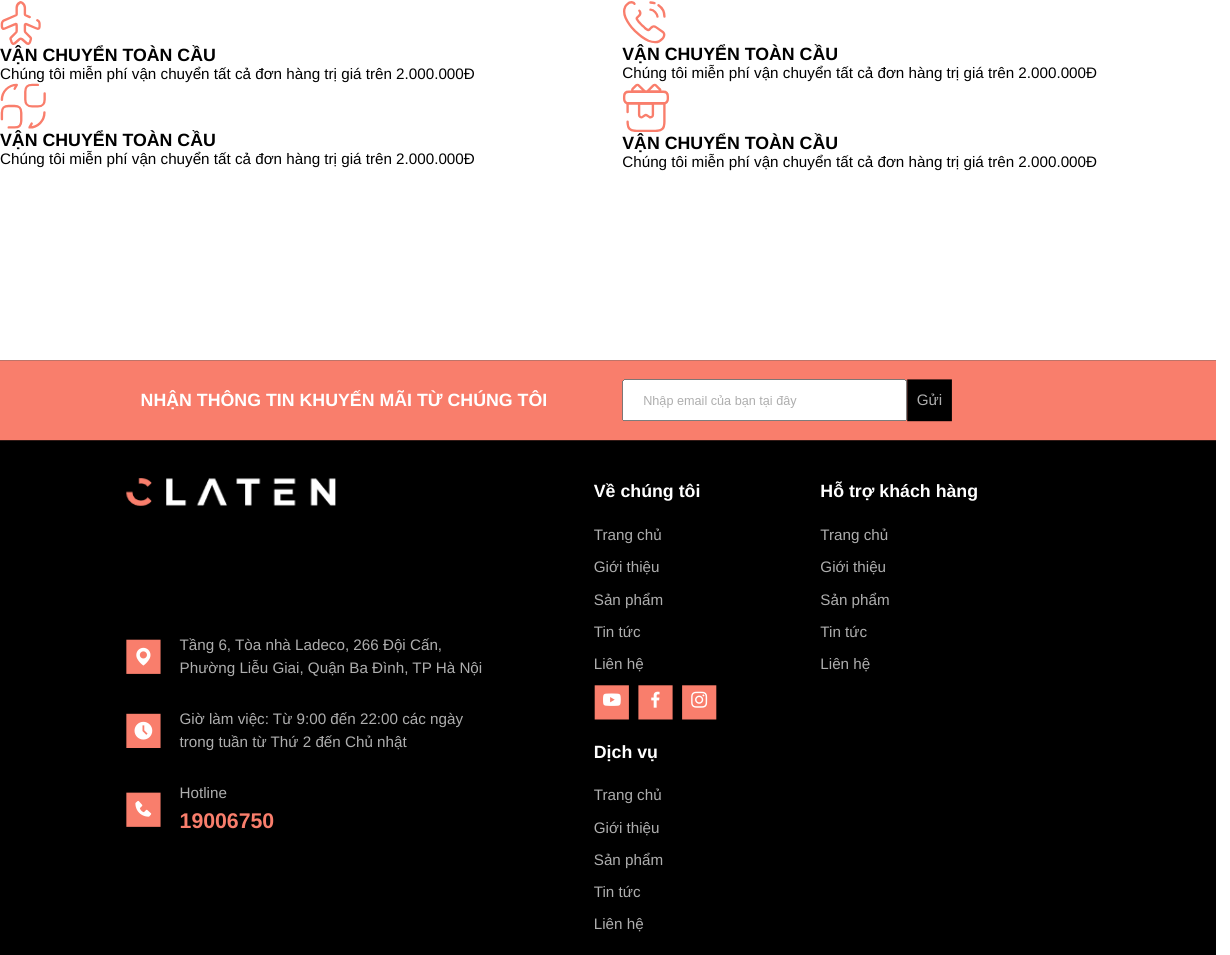
Repository: RennoPMXK/doan
Page: index.html
An editor plug-in stored every save of this project. The page is shown before and after the next save, followed by the edit.
The browser window is 1280 px wide. The page is 1295 px wide, so the pictures cover 1295 px, including what lies to the right of the window. The pictures show the part of the page from y = 573 to 1578 px (the page is 1578 px tall), at 95% of full size.

Above is the page before, as saved 2021-11-16 19:51:13.

### index.html
<!DOCTYPE html>
<html lang="en">
<head>
    <meta charset="UTF-8">
    <meta http-equiv="X-UA-Compatible" content="IE=edge">
    <meta name="viewport" content="width=device-width, initial-scale=1.0">
    <title>Document</title>
    <link rel="stylesheet" href="./grid.css">
    <link rel="stylesheet" href="./style.css">
    <link rel="stylesheet" href="./responsible.css">
    <link href='https://unpkg.com/boxicons@2.0.9/css/boxicons.min.css' rel='stylesheet'>
</head>
<body>
    <div class="navbar">
        <div class="navbar-wrapper">
            <a class="logo">
                <img src="./img/logo.png" alt="">
            </a>

            <div class="navbar-menu mobile-menu">
                <i class='bx bx-x mobile-close-icon'></i>
                <li class="navbar-menu-item"><a class = 'active' href="#">Trang chủ</a></li>
                <li class="navbar-menu-item"><a href="#">Giới thiệu</a></li>
                <li class="navbar-menu-item"><a href="#">Sản phẩm <i class='bx bxs-down-arrow navbar-menu-icon'></i></a>
                    <ul class="navbar-sub-menu">
                        <li class="navbar-sub-menu-item"><a href="">Đồng hồ nam</a></li>
                        <li class="navbar-sub-menu-item"><a href="">Đồng hồ nữ</a></li>
                        <li class="navbar-sub-menu-item"><a href="">Đồng hồ mới về</a></li>
                        <li class="navbar-sub-menu-item"><a href="">Phụ kiện nam</a></li>
                        <li class="navbar-sub-menu-item"><a href="">Phụ kiện nữ</a></li>
                    </ul>
                </li>
                <li class="navbar-menu-item"><a href="#">Tin tức</a></li>
                <li class="navbar-menu-item"><a href="#">Liên hệ</a></li>
            </div>

            <div class="navbar-icon">
                 <li class="navbar-icon-item"><a href=""><i class='bx bx-search-alt'></i></a></li>
                 <li class="navbar-icon-item"><a href=""><i class='bx bx-user'></i></a></li>
                 <li class="navbar-icon-item"><a href="#"><i class='bx bx-shopping-bag bx-tada ' ></i></a></li>
                 <li class="navbar-icon-item"><a href="#"><i class='bx bx-menu-alt-right menu-icon'></i></a></li>

            </div>
        </div>
        <div class="modal"></div>
    </div>

    <section class="hero-section">

             <div class="bgimg slide-item fade" style="background-image: url(./img/1a\(32\).jpg)">
                 <div class="caption">
                     <h2 class="top-down delay-2">
                        ĐỒNG HỒ ROLEX

                     </h2>

                     <p class="top-down delay-4">
                       Lorem ipsum dolor sit amet consectetur adipisicing elit. Aut eligendi voluptates enim tempora cupiditate ex minus aperiam impedit maxime nam. Sunt neque amet veniam vitae adipisci impedit aliquam officia hic.
                     </p>

                     <button class="top-down delay-6">
                         MUA NGAY
                     </button>
                 </div>

             </div>


             <div class="bgimg slide-item fade" style="background-image: url(./img/dong-ho-thoi-trang-rolex-banner.jpg)">
                <div class="caption">
                    <h2>
                        ĐỒNG HỒ ROLEX
                    </h2>

                    <p>
                        Lorem ipsum dolor sit amet consectetur adipisicing elit. Aut eligendi voluptates enim tempora cupiditate ex minus aperiam impedit maxime nam. Sunt neque amet veniam vitae adipisci impedit aliquam officia hic.
                    </p>

                    <button>
                        MUA NGAY
                    </button>
                </div>

             </div>


             <div class="bgimg slide-item fade" style="background-image: url(./img/Banchay_Longines_banner-1024x427.jpg)">
                <div class="caption">
                    <h2>
                        ĐỒNG HỒ ROLEX
                    </h2>

                    <p>
                        Lorem ipsum dolor sit amet consectetur adipisicing elit. Aut eligendi voluptates enim tempora cupiditate ex minus aperiam impedit maxime nam. Sunt neque amet veniam vitae adipisci impedit aliquam officia hic.
                    </p>

                    <button>
                        MUA NGAY
                    </button>
                </div>

             </div>


             <div class="slide-control">
                <div class="slide-control-wrapper">
                    <span class="dot" onclick="chooseSlide(0)"></span>
                    <span class="dot"  onclick="chooseSlide(1)"></span>
                    <span class="dot" onclick="chooseSlide(2)" ></span>

                </div>
             </div>

    </section>

    <section class="hero-section-mini row">
         <div class="hero-section-mini-item col-3 col-md-6 col-sm-6">
             <img src="./img/icon_service_1.svg" alt="">
              <h3>VẬN CHUYỂN TOÀN CẦU</h3>
              <p>Chúng tôi miễn phí vận chuyển tất cả đơn hàng trị giá trên 2.000.000Đ</p>
         </div>

         <div class="hero-section-mini-item col-3 col-md-6 col-sm-6">
            <img src="./img/icon_service_2.svg" alt="">
             <h3>VẬN CHUYỂN TOÀN CẦU</h3>
             <p>Chúng tôi miễn phí vận chuyển tất cả đơn hàng trị giá trên 2.000.000Đ</p>
        </div>

        <div class="hero-section-mini-item col-3 col-md-6 col-sm-6">
            <img src="./img/icon_service_3.svg" alt="">
             <h3>VẬN CHUYỂN TOÀN CẦU</h3>
             <p>Chúng tôi miễn phí vận chuyển tất cả đơn hàng trị giá trên 2.000.000Đ</p>
        </div>

        <div class="hero-section-mini-item col-3 col-md-6 col-sm-6">
            <img src="./img/icon_service_4.svg" alt="">
             <h3>VẬN CHUYỂN TOÀN CẦU</h3>
             <p>Chúng tôi miễn phí vận chuyển tất cả đơn hàng trị giá trên 2.000.000Đ</p>
        </div>
    </section>

    <div class="footer">
        <div class="footer-contact">
            <div class="container">
                <div class= "footer-contact-content row">
                    <h3 class="col-6 col-md-6 col-sm-12">NHẬN THÔNG TIN KHUYẾN MÃI TỪ CHÚNG TÔI</h3>
                    <div class="form col-6 col-md-6 col-sm-12">
                        <input type="text" placeholder="Nhập email của bạn tại đây"><a href="">Gửi</a></input>

                    </div>

                </div>

            </div>

         </div>
        <div class="container">

            <div class="wrapper row ">
                <div class="footer-logo row col-5 col-md-6 col-sm-12">
                    <a class="footer-img">
                        <img src="./img/logo.png" alt="">
                    </a>

                    <ul class="footer-des">
                           <li class="footes-des-item">
                               <div class="footer-des-icon">
                                    <i class='bx bxs-map'></i>
                               </div>
                               <p>Tầng 6, Tòa nhà Ladeco, 266 Đội Cấn,<br> Phường Liễu Giai, Quận Ba Đình, TP Hà Nội</p>
                           </li>
                           <li class="footes-des-item">
                                <div class="footer-des-icon">
                                    <i class='bx bxs-time-five' ></i>
                                </div>
                               <p>Giờ làm việc: Từ 9:00 đến 22:00 các ngày <br>trong tuần từ Thứ 2 đến Chủ nhật</p>
                           </li>
                           <li class="footes-des-item">
                            <div class="footer-des-icon">
                                <i class='bx bxs-phone' ></i>
                             </div>
                               <p>Hotline<br>
                                   <span>19006750</span>
                               </p>
                           </li>
                    </ul>
                </div>

                <div class="footer-menu row col-7 col-md-6 col-sm-12">
                     <div class="footer-menu-item col-4 col-md-6 col-sm-12">
                         <h3>Về chúng tôi</h3>
                         <ul>
                            <li><a href="">Trang chủ</a></li>
                            <li><a href="">Giới thiệu</a></li>
                            <li><a href="">Sản phẩm</a></li>
                            <li><a href="">Tin tức</a></li>
                            <li><a href="">Liên hệ</a></li>
                         </ul>

                         <div class="footer-social">
                            <li><a href=""><i class='bx bxl-youtube' ></i></a></li>
                            <li><a href=""><i class='bx bxl-facebook' ></i></a></li>
                            <li><a href=""><i class='bx bxl-instagram' ></i></a></li>
                       </div>
                     </div>

                     <div class="footer-menu-item col-4 col-md-6 col-sm-12">
                        <h3>Hỗ trợ khách hàng</h3>
                        <ul>
                           <li><a href="">Trang chủ</a></li>
                           <li><a href="">Giới thiệu</a></li>
                           <li><a href="">Sản phẩm</a></li>
                           <li><a href="">Tin tức</a></li>
                           <li><a href="">Liên hệ</a></li>
                        </ul>
                    </div>

                    <div class="footer-menu-item col-4 col-md-6 col-sm-12">
                        <h3>Dịch vụ</h3>
                        <ul>
                           <li><a href="">Trang chủ</a></li>
                           <li><a href="">Giới thiệu</a></li>
                           <li><a href="">Sản phẩm</a></li>
                           <li><a href="">Tin tức</a></li>
                           <li><a href="">Liên hệ</a></li>
                        </ul>
                    </div>



                </div>


            </div>
        </div>
    </div>


    <script src="./app.js"></script>
</body>
</html>

### grid.css
.row {
    display: flex;
    flex-wrap: wrap;
    margin: 0 -15px;
}

[class*="col-"] {
    padding: 0 15px;
}

.col-1 {
    width: 8.33%;
}

.col-2 {
    width: 16.66%;
}

.col-3 {
    width: 25%;
}

.col-4 {
    width: 33.33%;
}

.col-5 {
    width: 41.66%;
}

.col-6 {
    width: 50%;
}

.col-7 {
    width: 58.33%;
}

.col-8 {
    width: 66.66%;
}

.col-9 {
    width: 75%;
}

.col-10 {
    width: 83.33%;
}

.col-11 {
    width: 91.66%;
}

.col-12 {
    width: 100%;
}

/* MEDIUM SCREEN */

@media only screen and (max-width: 1280px) {
    .col-md-1 {
        width: 8.33%;
    }

    .col-md-2 {
        width: 16.66%;
    }

    .col-md-3 {
        width: 25%;
    }

    .col-md-4 {
        width: 33.33%;
    }

    .col-md-5 {
        width: 41.66%;
    }

    .col-md-6 {
        width: 50%;
    }

    .col-md-7 {
        width: 58.33%;
    }

    .col-md-8 {
        width: 66.66%;
    }

    .col-md-9 {
        width: 75%;
    }

    .col-md-10 {
        width: 83.33%;
    }

    .col-md-11 {
        width: 91.66%;
    }

    .col-md-12 {
        width: 100%;
    }
}

/* SMALL SCREEN */

@media only screen and (max-width: 850px) {
    .col-sm-1 {
        width: 8.33%;
    }

    .col-sm-2 {
        width: 16.66%;
    }

    .col-sm-3 {
        width: 25%;
    }

    .col-sm-4 {
        width: 33.33%;
    }

    .col-sm-5 {
        width: 41.66%;
    }

    .col-sm-6 {
        width: 50%;
    }

    .col-sm-7 {
        width: 58.33%;
    }

    .col-sm-8 {
        width: 66.66%;
    }

    .col-sm-9 {
        width: 75%;
    }

    .col-sm-10 {
        width: 83.33%;
    }

    .col-sm-11 {
        width: 91.66%;
    }

    .col-sm-12 {
        width: 100%;
    }
}

### style.css
:root {
    --orangeprime : #F97E6C;
    --blackrgba : rgba(0, 0, 0, 0.945);
    --footer-color : #AEAEAE;
}

html {
box-sizing: border-box;
}
*{
margin: 0;
padding: 0;
}
*,*:before,*:after {
box-sizing: border-box;
}
input,
textarea,
select,
button{
outline: none;
}
input{
line-height: normal;
}
label,
button{
cursor: pointer;
}
a {
text-decoration: none;

}
img {
display: block;

}

ul{
    list-style-type: none;
}

body {
    font-family: Montserrat,"Helvetica Neue",Helvetica;
}

span {
    color: var(--orangeprime);
    cursor: pointer;
    transition : all 0.3s linear;
    font-size: 1.4rem;
    font-weight: bold;
}

span:hover {
    color : white
}

li {
    list-style-type: none;
}

.container {
    margin : 0 auto;
    padding: 0 10%;
}
/* navbar */

.navbar {
    background-color: black;
    position: relative;

}

.navbar-wrapper {
   padding : 20px 0px;
   display: flex;
   align-items: center;
   justify-content: space-evenly;
}

.navbar-menu {
    display: flex;
    list-style-type: none;
}

.navbar-menu-icon {
    font-size: 0.5rem;
    transform: translateY(-2.5px);
    transition : 0.2s linear;
}

.navbar-menu-icon{
    transition: 0.2s ease-in-out;
}

.navbar-menu-icon.active {
    transform: rotate(-180deg);
}

.navbar-menu-item {
    position: relative;
}

.navbar-menu-item a.active {
    color: var(--orangeprime);
}

.navbar-menu-item ~ .navbar-menu-item {
    margin-left: 30px;
}

.navbar-menu-item a {
    color: white;
    font-size: 1rem;
    transition: 0.2s ease-in-out;
    letter-spacing: 1px;
}


.navbar-menu-item a:hover {
    color : var(--orangeprime);
}

.navbar-menu-item:nth-child(3) {
    position: relative;
}



.navbar-sub-menu{
    width: 150px;
    position: absolute;
    list-style-type: none;
    padding : 20px;
    background-color: var(--blackrgba);
    top: 30px;
    z-index: 100;
    display : none;
    transition: all 0.2s ease-in-out;
}


.navbar-menu-item:active .navbar-sub-menu {
    display : block;
    top: 30px;
}




.navbar-sub-menu-item {
   margin : 10px 0;
}

.navbar-sub-menu.active {
    display : block;
}

.navbar-sub-menu-item a {
    font-size: 0.8rem;
    letter-spacing: 1.2px;
}

.navbar-icon {
    display: flex;
    list-style-type: none;
}

.navbar-icon-item ~ .navbar-icon-item {
    margin-left: 25px;
}

.navbar-icon-item a {
    color : white;
    font-size: 1.5rem;
    transition: 0.2s ease-in-out;
}

.navbar-icon-item a:hover {
    color : var(--orangeprime);
}

.navbar-icon-item:last-child {
    display: none;
}

.mobile-close-icon {
    display: none;
}

/* section-hero */

.hero-section {
    position: relative;
    height: 70vh;
}


.bgimg {
    height: 100%;
    position: relative;
    background-position: center;
    background-repeat: no-repeat;
    background-size: cover;
    display: flex;
}

.bgimg::after {
    content : '\A';
    position : absolute;
    width: 100%;
    height : 100%;
    top: 0;
    left : 0;
    background-color: rgba(0, 0, 0, 0.8);
}

.caption {
    position: absolute;
    top: 48%;
    left: 25%;
    transform: translate(-50% , -50%) ;
    text-align: left;
    z-index: 10;
    width: 34.7%;
}

.caption h2 {
    line-height: 1.5;
    color: white;
    margin-bottom: 20px;
    text-transform: uppercase;
    font-size: 2.1rem;
    letter-spacing: 1.2px;
}

.caption p {
    text-align: left;
    color : white;
    font-size: 1.2rem;
    letter-spacing: 1.2px;
    line-height: 1.5;
}

.caption button {
    background-color: white;
    border: 1px solid  transparent;
    color : red;
    padding : 10px 40px;
    font-size: 16px;
    font-weight: bold;
    text-transform: uppercase;
    margin-top: 30px;
    transition : background-color 0.5s ease , color 0.5s ease , width 0.6s;
}

.caption button:hover {
    color : white;
    cursor: pointer;
    background-color:  red;
}

.caption button:focus {
    outline : none;
}

.dot {
    cursor: pointer;
    height: 10px;
    width: 10px;
    margin: 0 2px;
    background-color: white;
    border-radius: 5px;
    display: inline-block;
}

.dot:hover {
    background-color: red;
}

.dot.active {
    background-color: red;
    width: 30px;
}

.slide-control {
    position: absolute;
    left: 50%;
    transform : translateX(-50%);
    bottom: 20px;
    width: 10px;
    text-align: center;
}

.slide-control-wrapper{
    display: inline-flex;
}

.slide-item {
    display: none;
}


.top-down {
    transform: translateY(-50px);
    visibility: hidden;
    opacity: 0;
    transition: 0.5s ease-in-out ;
}

.delay-2 {
    transition-delay: 0.2s;
}

.delay-4 {
    transition-delay: 0.4s;
}


.delay-6 {
    transition-delay: 0.6s;
}


.delay-8 {
    transition-delay: 0.8s;
}

.slide-item.active .top-down{
    transform: translateY(0);
    visibility: visible;
    opacity: 1;
}

/* footer */
.footer {
    color: var(--footer-color);
    margin-top: 200px;
    background-color: black;
    line-height: 1.5;
}

.footer-contact {
    background-color: var(--orangeprime);


}

.footer-contact h3 {
  color :white;
}

.footer-contact-content {
    padding : 20px;
    display: flex;
    justify-content: space-around;
    align-items: center;
    flex-wrap: wrap;
}

.form input {
    padding: 10px 20px;
    width: 300px;
}

.form a {
    padding: 10px;
    background-color: black;
    color : white;
}

.form {
    display: flex;
    flex-wrap: nowrap;
}

::placeholder {
    color: var(--footer-color);
}

.footer a {
    color: var(--footer-color);
    transition : 0.3s linear;
}

.footer a:hover {
    color: var(--orangeprime);
}

.footer-menu h3 {
    margin-top: 20px;
    color : white;
    margin-bottom: 20px;
}

.wrapper {
    padding: 20px;
    position: relative;
}


.footes-des-item {
    margin-top: 30px;
    display : flex;
    align-items: center;
}

.footer-des-icon {
    display : flex;
    align-items: center;
    justify-content:center;
    width: 36px;
    height : 36px;
    background-color: var(--orangeprime);
    margin-right: 20px;
}

.footer-des-icon i {
    font-size: 1.4rem;
    color : white;

}


.footer-menu-item li {
    margin-top: 10px;
}

.footer-social {
    display : flex;
    transform: translateX(-9px);
}

.footer-img{
    margin-top: 20px;
}

.footer-social li  {
    display : flex;
    align-items: center;
    justify-content:center;
    text-align: center;
    margin-left: 10px;
    width: 36px;
    height : 36px;
    background-color: var(--orangeprime);
}

.footer-social li a {
   color : white;
   font-size: 1.4rem;
}

.footer-social li:hover a {
    color : white;
 }

 /* fade animation */

 .fade {
     animation-name: fade;
     animation-duration: 1s;
     -webkit-animation-name: fade;
     -webkit-animation-duration: 1s;
 }

 @keyframes fade {
     from { opacity: 0.4
    } to {
        opacity: 1
    }
 }

 @-webkit-keyframes fade {
    from { opacity: 0.4
   } to {
       opacity: 1
   }
}

### responsible.css


/* Tablet */

@media only screen and (max-width: 1024px){
   .navbar-menu {
       display: none;

   }

   .navbar-wrapper {
        justify-content: space-around;
   }


   .navbar-icon-item:last-child {
        display: block;
   }


   .navbar-menu {
    padding : 20px;
    width: 40vw;
    background-color: black;
    display: block;
    position: fixed;
    top: 60px;
    left: 0;
    height: 100vh;
    min-width: 300px;
}

    .navbar-menu-item {
        margin-left: 30px;
        padding: 20px;
    }

    .navbar-sub-menu{
        position: initial;
    }


    .mobile-menu {
        transform : translateX(-100%);
        transition: 0.4s ease-in-out;
        z-index: 100;
    }

    .mobile-menu.active {
        transform : translateX(0);
    }

    .modal {
        display: none;
        position: fixed;
        top: 0;
        bottom: 0;
        right: 0;
        left: 0;
        background-color: rgba(14, 13, 13, 0.6);
    }

    .modal.active {
        display : block
    }

    .mobile-close-icon {
        cursor: pointer;
        font-size: 1.5rem;
        display: block;
        color: white;
        position: absolute;
        top: 5px;
        right:10px;
    }


}


/* Mobile */

@media only screen and (max-width: 740px) {
  .logo img{
      height: 15px;
      transform: translateY(-9px);
  }

  .navbar-icon-item a {
    color : white;
    font-size: 1.2rem;
    transition: 0.2s ease-in-out;
  }

  .navbar-icon-item a:hover {
    color : white;
  }

  .caption {
      width: 40%;
      text-align: left;
  }

  .caption h2 {
      font-size: 1.8rem;
  }

  .caption p {
      font-size: 0.9rem;
  }

  .caption button {
      font-size: 0.8rem;
      width: 100%;

  }

}

### app.js
// Menu effect

var navbarItem= document.querySelectorAll('.navbar-menu-item a')
var subMenu= document.querySelector('.navbar-sub-menu')
var iconmenu = document.querySelector('.navbar-menu-item i')
var menuMobie = document.querySelector('.menu-icon')
var overlayMenu = document.querySelector('.mobile-menu')
var modal = document.querySelector('.modal')
var closeMobile = document.querySelector('.mobile-close-icon')
console.log(navbarItem[2])
navbarItem[2].addEventListener('click', function(){
  subMenu.classList.toggle('active');
  iconmenu.classList.toggle('active');
})

menuMobie.addEventListener("click" , function(){
   overlayMenu.classList.add('active');
   modal.classList.add('active');
})

closeMobile.addEventListener('click', function(){
    overlayMenu.classList.remove('active');
    modal.classList.remove('active');
})

navbarItem.forEach(function(item , index){
  item.onclick = function(){
    document.querySelector('.navbar-menu-item a.active').classList.remove('active');
    this.classList.add('active')
  }
})

const $ = document.querySelector.bind(document)
const $$ = document.querySelectorAll.bind(document)

var tabs = $$('.tab-item');


var panes = $$('.tab-pane');


// tab-active
tabs.forEach(function(tab, index){
    tab.onclick = function(){
        document.querySelector('.tab-item.active').classList.remove('active')
        this.classList.add('active')
        document.querySelector('.tab-pane.active').classList.remove('active')
        panes[index].classList.add('active')
    }
})

// hero-slide
var slideIndex = 0;
showSlide();

var timer = setInterval(showSlide, 3000);
var slideContainer = document.querySelector('.hero-section')
var slideControl = document.querySelector('.slide-control')

slideContainer.onmouseover = function(){
  clearInterval(timer);
}

slideControl.onmouseover = function(){
  clearInterval(timer);
}

slideContainer.onmouseleave = function(){
  timer = setInterval(showSlide,3000);
}

slideControl.onmouseleave = function(){
  timer = setInterval(showSlide, 3000);
}

function showSlide(){

   var slides = document.querySelectorAll('.slide-item');
   var dots = document.querySelectorAll(".dot");

   slides.forEach(function(slide , index){
      slides[index].style.display = 'none'
      slides[index].classList.remove('active')
   })

   dots.forEach(function(dot,index){
     dots[index].classList.remove("active");
   })

   slideIndex++;
   if(slideIndex > slides.length) slideIndex = 1;
   slides[slideIndex-1].style.display = "block";
   slides[slideIndex-1].classList.add('active')
   dots[slideIndex-1].classList.add("active");
}

function chooseSlide(n){
  slideIndex = n;
  showSlide();
  clearInterval(timer);
}

After the next save:
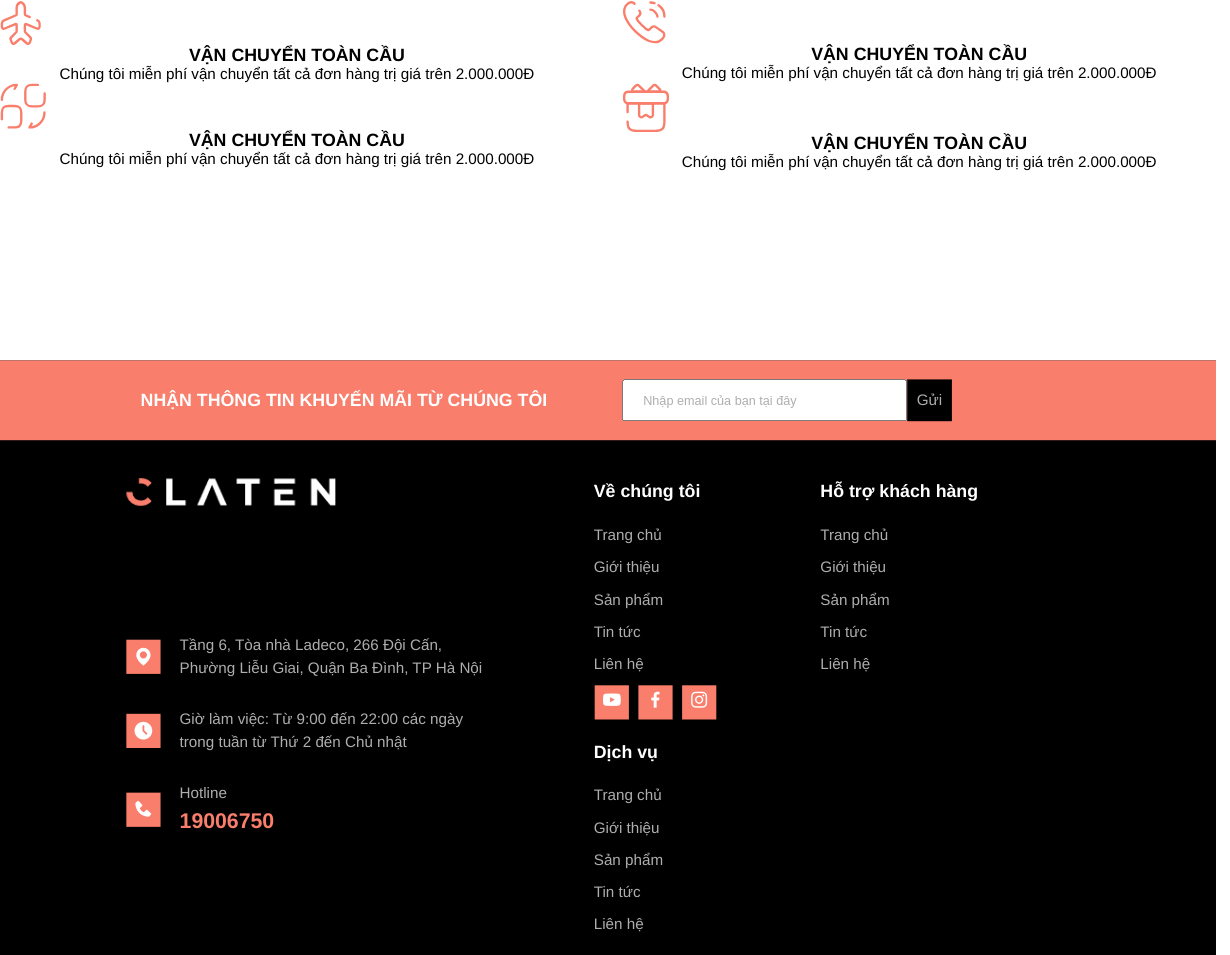
Saved 2 min 28 s later.
--- a/style.css
+++ b/style.css
@@ -333,6 +333,15 @@ li {
     opacity: 1;
 }
 
+/* mini hero section */
+
+.hero-section-mini{
+
+}
+
+.hero-section-mini-item {
+    text-align: center;
+}
 /* footer */
 .footer {
     color: var(--footer-color);
